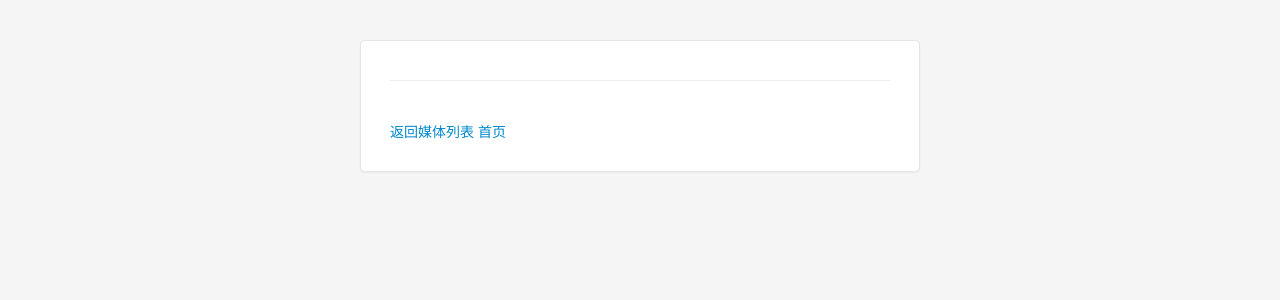
Repository: hbisheng/Academic-portal-website
Page: http://localhost/NewInfo/media/show.jsp
The author's editor kept a copy of each file at every save. The page is drawn from the files as they stood at one save, then again after the next save.
The browser window is 1280 px wide. The pictures show the whole page.
The page is served by Tomcat 9. Other server files are loaded and not shown.

Above is the page before, as saved 2014-09-22 00:27:56.

### Java_info/NewInfo/WebContent/media/show.jsp
<%@page import="edu.thu.cs.*"%>
<%@page import="jdbc.*"%>

<%@ page language="java" contentType="text/html; charset=utf-8"
    pageEncoding="utf-8"%>
<!DOCTYPE html PUBLIC "-//W3C//DTD HTML 4.01 Transitional//EN" "http://www.w3.org/TR/html4/loose.dtd">
<html>
<head>
<meta http-equiv="Content-Type" content="text/html; charset=utf-8">
<link href="../bootstrap/css/bootstrap.css" rel="stylesheet">
    <style type="text/css">
      body {
        padding-top: 40px;
        padding-bottom: 40px;
        background-color: #f5f5f5;
      }

      .form-signin {
        max-width: 500px;
        padding: 19px 29px 29px;
        margin: 0 auto 20px;
        background-color: #fff;
        border: 1px solid #e5e5e5;
        -webkit-border-radius: 5px;
           -moz-border-radius: 5px;
                border-radius: 5px;
        -webkit-box-shadow: 0 1px 2px rgba(0,0,0,.05);
           -moz-box-shadow: 0 1px 2px rgba(0,0,0,.05);
                box-shadow: 0 1px 2px rgba(0,0,0,.05);
      }
      .form-signin .form-signin-heading,
      .form-signin .checkbox {
        margin-bottom: 10px;
      }
      .form-signin input[type="text"],
      .form-signin input[type="password"] {
        font-size: 16px;
        height: auto;
        margin-bottom: 15px;
        padding: 7px 9px;
      }

    </style>
<link href="../bootstrap/css/bootstrap-responsive.css" rel="stylesheet">
<title>Insert title here</title>
</head>
<body>
<div class="container form-signin">
  <div class="row-fluid">
<%
	int media_id=-1;
	if(request.getParameter("id")!=null)
		media_id = Integer.parseInt(request.getParameter("id"));
	JdbcDao jdbc = new JdbcDao();

	Media media=null;
	if(media_id != -1)
		media = jdbc.getMedia(media_id);

	if(media != null)
	{
		if(media.type==1)
		{
			%><h2 class="form-signin-heading text-warning">图片资源</h2><%
			%><br><%=media.content%><br><%
			%><img border= "0" src = "<%=media.url%>"  height = "300"><%
		}
		else if(media.type==2)
		{
			%><h2 class="form-signin-heading text-warning">音频资源</h2><%
			%><br><%=media.content%><%

			%><audio controls="controls" height="100" width="100">
			  <source src="<%=media.url%>>" type="audio/mp3" />
			<embed height="100" width="100" src="song.mp3" />
			</audio><%

		}
		if(media.type==3)
		{
			%><h2 class="form-signin-heading text-warning">视频资源</h2><%
			%><br><%=media.content%><br><%
			%><embed src="<%=media.url%>"
			quality="high" width="480" height="400" align="middle" allowScriptAccess="always"
			allowFullScreen="true" mode="transparent" type="application/x-shockwave-flash"></embed><%
		}
	}
%>


<hr><br><a href="index.jsp">返回媒体列表</a>
<a href="../home.jsp">首页</a>
</div>
</div>
</body>
</html>

Loaded but not shown: Java_info/NewInfo/WebContent/bootstrap/css/bootstrap.css (library); Java_info/NewInfo/WebContent/bootstrap/css/bootstrap-responsive.css (library); Java_info/NewInfo/src/jdbc/JdbcDao.java (883 lines, source omitted)

After the next save:
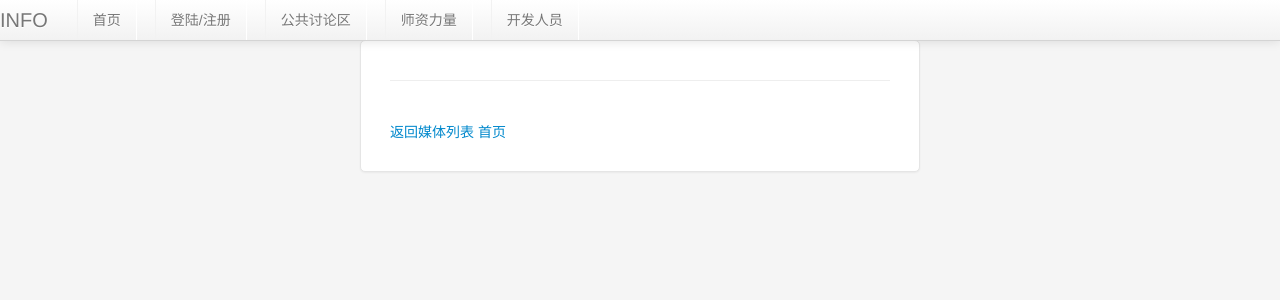
Saved 10 s later.
--- a/Java_info/NewInfo/WebContent/media/show.jsp
+++ b/Java_info/NewInfo/WebContent/media/show.jsp
@@ -45,6 +45,42 @@
 <title>Insert title here</title>
 </head>
 <body>
+
+
+<div class="navbar nav-pills navbar-fixed-top">
+  <div class="navbar-inner">
+    <a class="brand" href="#">INFO</a>
+    <ul class="nav">
+      <li class="divider-vertical"><a href="../home.jsp">首页</a></li>
+      <%
+      	User user_tmp = (User)session.getAttribute("user");
+      	if(user_tmp == null)
+      	{
+      		%><li class="divider-vertical" font face = "微软雅黑"><a href="../account/login.jsp">登陆/注册</a></li> <%
+      	}
+      	else
+      	{
+      		String url = "../account/user_info.jsp?id="+user_tmp.id;
+      		%><li class="divider-vertical"  font face = "微软雅黑"><a href=<%=url%>><%=user_tmp.nickname%></a></li> <%
+      	}
+
+      %><li class="divider-vertical"><a href="../discussion/index.jsp">公共讨论区</a></li><%
+
+      if(user_tmp != null)
+      {
+	      	%><li class="divider-vertical"><a href="../courses/index.jsp">网络学堂</a></li>
+	      	<li class="divider-vertical"><a href="../notice/index.jsp">教务公告</a></li>
+	      	<li class="active"><a href="../media/index.jsp">外部资源</a></li><%
+      }
+
+      %><li class="divider-vertical"><a href="../intro.jsp">师资力量</a></li>
+      <li class="divider-vertical"><a href="../author.jsp">开发人员</a></li>
+    </ul>
+  </div>
+</div>
+
+
+
 <div class="container form-signin">
   <div class="row-fluid">
 <%
